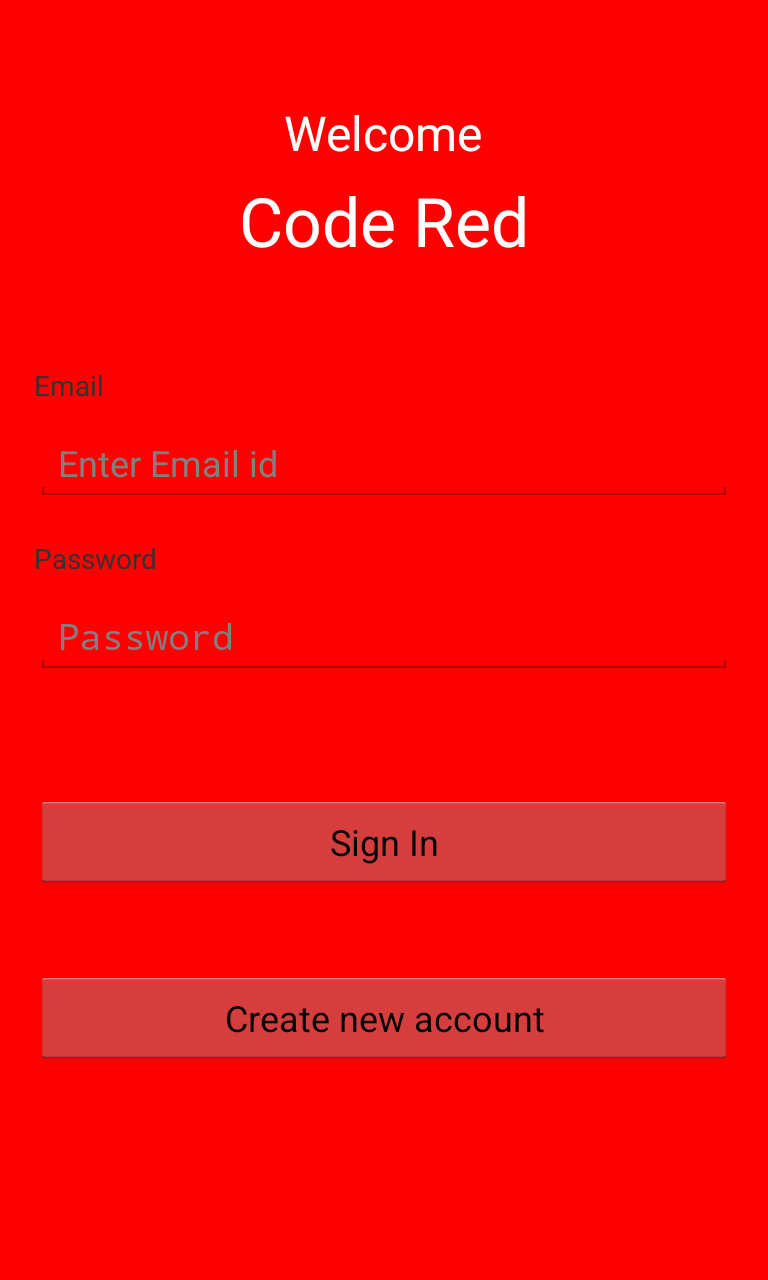
Repository: coderedteam/codered
Layout: AndroidSourceCode/CodeRed/res/layout/activity_login.xml
The author's editor kept a copy of each file at every save. The layout is drawn from the files as they stood at one save, then again after the next save.
It is drawn on a 768 x 1280 px phone screen (xhdpi) without system bars, with theme AppTheme; the app's code is not run.

Above is the layout before, as saved 2014-11-27 11:18:27.

### AndroidSourceCode/CodeRed/res/layout/activity_login.xml
<LinearLayout xmlns:android="http://schemas.android.com/apk/res/android"
    xmlns:tools="http://schemas.android.com/tools"
    android:layout_width="match_parent"
    android:layout_height="match_parent"
    android:background="@color/red"
    android:orientation="vertical"
    tools:context="${relativePackage}.${activityClass}" >

    <LinearLayout
        android:layout_width="match_parent"
        android:layout_height="wrap_content"
        android:layout_marginBottom="50dip"
        android:gravity="top"
        android:orientation="vertical" >

        <TextView
            android:id="@+id/txtWelcome"
            android:layout_width="wrap_content"
            android:layout_height="wrap_content"
            android:layout_gravity="center_horizontal"
            android:layout_marginTop="50dip"
            android:text="@string/lblWelcome"
            android:textColor="@color/white"
            android:textSize="24sp" />

        <TextView
            android:id="@+id/txtMoonshot"
            android:layout_width="wrap_content"
            android:layout_height="wrap_content"
            android:layout_gravity="center_horizontal"
            android:layout_marginTop="5dip"
            android:text="@string/app_name"
            android:textColor="@color/white"
            android:textSize="34sp" />
    </LinearLayout>

    <LinearLayout
        android:id="@+id/layoutLogin"
        android:layout_width="match_parent"
        android:layout_height="wrap_content"
        android:layout_marginLeft="@dimen/login_container_screen_margin"
        android:layout_marginRight="@dimen/login_container_screen_margin"
        android:orientation="vertical" >

        <TextView
            android:id="@+id/lblEmail"
            android:layout_width="match_parent"
            android:layout_height="wrap_content"
            android:paddingBottom="@dimen/margin_small_layout"
            android:text="@string/lblEmail" />

        <EditText
            android:id="@+id/txtUsername"
            android:layout_width="match_parent"
            android:layout_height="wrap_content"
            android:layout_marginBottom="@dimen/edit_view_gap_margin"
            android:hint="@string/txtDefaultEmail"
            android:inputType="textEmailAddress" >
        </EditText>

        <TextView
            android:id="@+id/lblPswd"
            android:layout_width="match_parent"
            android:layout_height="wrap_content"
            android:paddingBottom="10dip"
            android:text="@string/lblPswd" />

        <EditText
            android:id="@+id/txtPassword"
            android:layout_width="match_parent"
            android:layout_height="wrap_content"
            android:hint="@string/txtDefaultPswd"
            android:inputType="textPassword" >
        </EditText>

        <TextView
            android:id="@+id/txtForgotPswd"
            android:layout_width="match_parent"
            android:layout_height="wrap_content"
            android:layout_marginBottom="20dip"
            android:layout_marginTop="20dip" />

        <LinearLayout
            android:id="@+id/layoutButton"
            android:layout_width="match_parent"
            android:layout_height="wrap_content"
            android:orientation="vertical" >

            <Button
                android:id="@+id/btnSignIn"
                android:layout_width="match_parent"
                android:layout_height="wrap_content"
                android:contentDescription="@string/txtBtnSignIn"
                android:text="@string/txtBtnSignIn" />

            <LinearLayout
                android:id="@+id/layoutSeperator"
                android:layout_width="match_parent"
                android:layout_height="wrap_content"
                android:layout_marginBottom="20dp"
                android:layout_marginTop="20dip"
                android:orientation="horizontal" >
            </LinearLayout>

            <Button
                android:id="@+id/btnNewAccount"
                android:layout_width="match_parent"
                android:layout_height="wrap_content"
                android:contentDescription="@string/txtBtnCreateNewAccount"
                android:text="@string/txtBtnCreateNewAccount" />
        </LinearLayout>
    </LinearLayout>

</LinearLayout>

### AndroidSourceCode/CodeRed/res/values/colors.xml
<?xml version="1.0" encoding="utf-8"?>
<resources>

    <item name="blue" type="color">#0b2265</item>
    <item name="white" type="color">#FFFFFF</item>
    <item name="black" type="color">#000000</item>
    <item name="red" type="color">#FF0000</item>
    <item name="grey" type="color">#C0C0C0</item>
    <item name="transparent" type="color">#00000000</item>
    <item name="rowTextColor" type="color">#003478</item>
    <item name="btnBgColor" type="color">#b6bf00</item>
    <item name="tabBgColor" type="color">#bcdee3</item>
    <item name="darkAqua" type="color">#39919A</item>
    <item name="circle_inner_color" type="color">#0066a1</item>
    <item name="circle_outer_color" type="color">#9ACDD4</item>
    <item name="health_score_color" type="color">#252525</item>
    <item name="rowTextColorWithOpacity" type="color">#66003478</item>
    <item name="whiteWithOpacity" type="color">#77FFFFFF</item>
    <item name="whiteWithOpacity20" type="color">#33FFFFFF</item>
    <item name="navigationDrawerFontColor" type="color">#B3C8E6</item>
    <item name="bottom_bg_color" type="color">#53797d</item>

    <color name="manual_entry_circle_bg_blue">#0066A1</color>
    <color name="manual_entry_circle_bg_gray_transparent">#FFFFFF</color>

    <item name="redwithOpacity" type="color">#DDFFFFFF</item>

</resources>

### AndroidSourceCode/CodeRed/res/values/strings.xml
<?xml version="1.0" encoding="UTF-8" standalone="no"?>
<resources>

    <string name="app_name">Code Red</string>
    <string name="lblWelcome">Welcome</string>
    <string name="lblEmail">Email</string>
    <string name="txtDefaultEmail">Enter Email id</string>
    <string name="lblPswd">Password</string>
    <string name="txtDefaultPswd">Password</string>
    <string name="txtBtnSignIn">Sign In</string>
    <string name="txtBtnCreateNewAccount">Create new account</string>
    <string name="txtInternetConnectionNotPresent">Internet connection not present</string>
    <string name="dlgMsgLoginSuccess">Login in progress</string>
    <string name="txtNetworkError">Network error. Please check your internet connection</string>
    <string name="txtUnknownError">Unknown error.</string>
    <string name="txtServerError">Illegal server response.</string>
    <string name="txtName">Enter your full name.</string>
    <string name="txtBloodGroup">Blood Group</string>
    <string name="txtemergencyContact">Emergency Contact</string>
    <string name="txtRegisteration">Registeration</string>

</resources>

### AndroidSourceCode/CodeRed/res/values/dimen.xml
<?xml version="1.0" encoding="utf-8"?>
<resources>

    <dimen name="login_container_screen_margin">17dp</dimen>
    <dimen name="margin_small_layout">10dip</dimen>
    <dimen name="edit_view_gap_margin">18dp</dimen>
    <dimen name="edit_left_margin">70dp</dimen>
    <dimen name="edit_right_margin">70dp</dimen>
    <dimen name="edit_left_padding">40dp</dimen>
    <dimen name="edit_right_padding">10dp</dimen>
    <dimen name="edit_bottom_padding">5dp</dimen>
    <dimen name="edit_top_padding">5dp</dimen>
    <dimen name="edit_text_size">16sp</dimen>

</resources>

Loaded but not shown: AndroidSourceCode/CodeRed/res/values/styles.xml (common file); AndroidSourceCode/CodeRed/res/values-v11/styles.xml (common file); AndroidSourceCode/CodeRed/res/values-v14/styles.xml (common file)

After the next save:
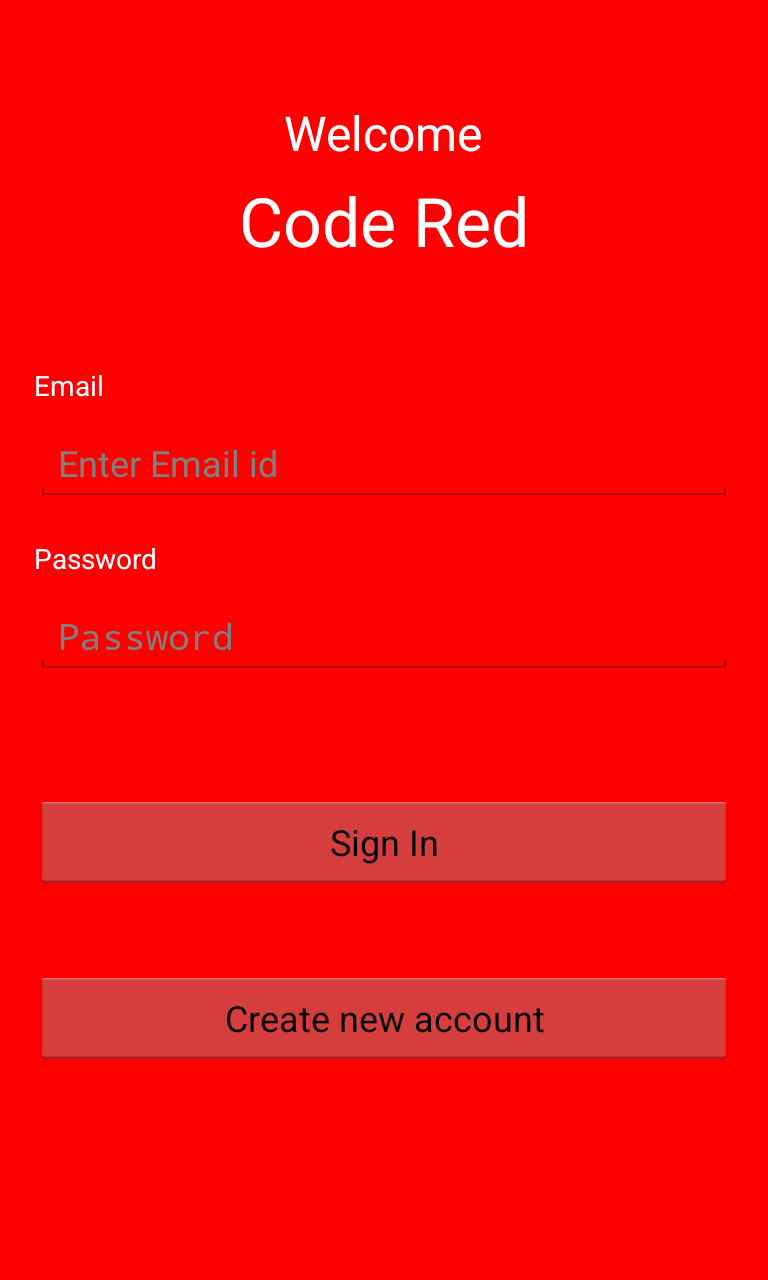
Saved 19 s later.
--- a/AndroidSourceCode/CodeRed/res/layout/activity_login.xml
+++ b/AndroidSourceCode/CodeRed/res/layout/activity_login.xml
@@ -47,7 +47,8 @@
             android:layout_width="match_parent"
             android:layout_height="wrap_content"
             android:paddingBottom="@dimen/margin_small_layout"
-            android:text="@string/lblEmail" />
+            android:text="@string/lblEmail"
+            android:textColor="@color/white" />
 
         <EditText
             android:id="@+id/txtUsername"
@@ -63,7 +64,8 @@
             android:layout_width="match_parent"
             android:layout_height="wrap_content"
             android:paddingBottom="10dip"
-            android:text="@string/lblPswd" />
+            android:text="@string/lblPswd"
+            android:textColor="@color/white" />
 
         <EditText
             android:id="@+id/txtPassword"
